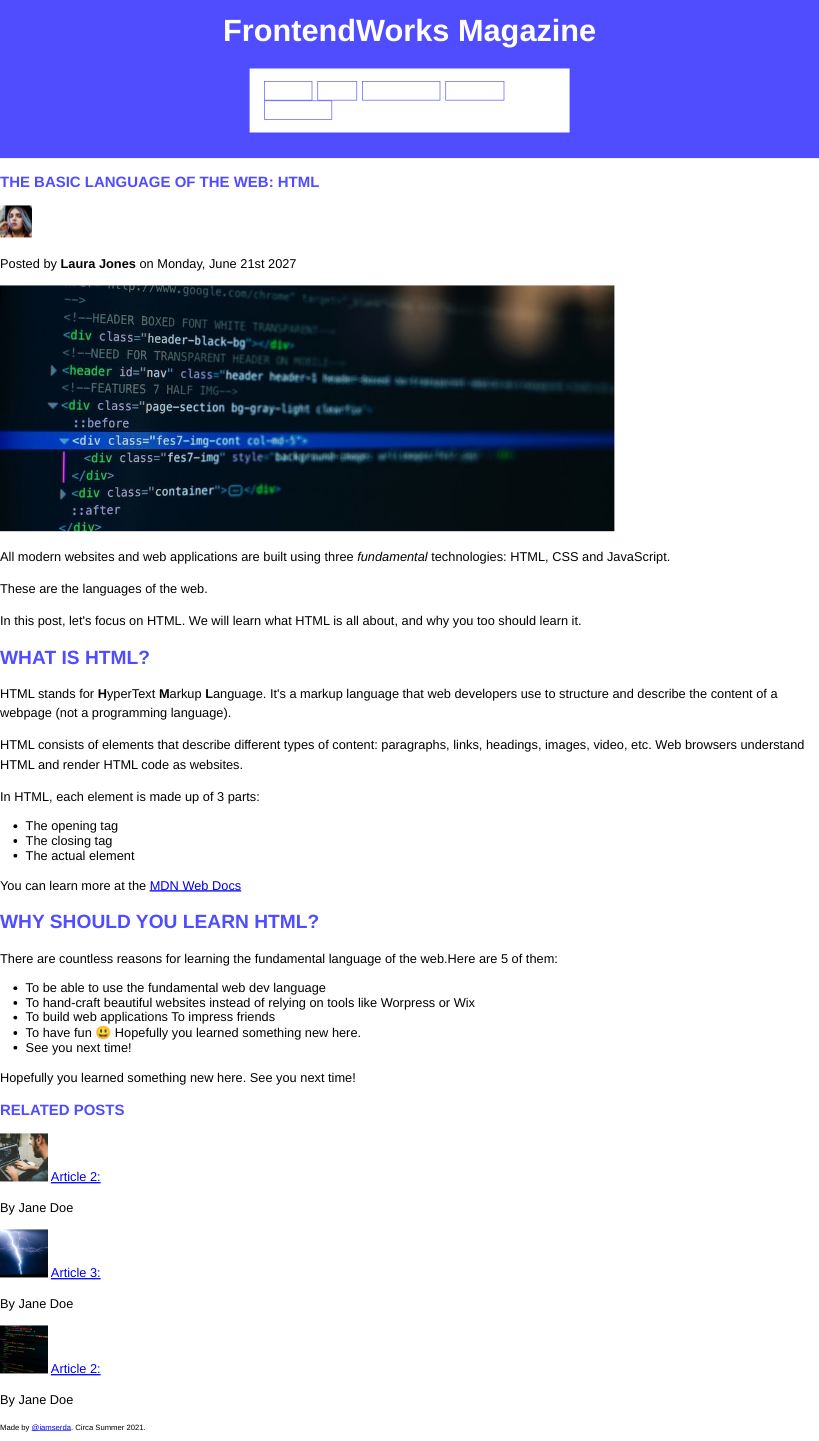
Repository: iamserda/html-css-course
Page: starter/02-HTML-Fundamentals/index.html
These files come from the project's save history. The page is drawn as it stood at one moment and after the next save; the edit follows.
The browser window is 1280 px wide. The pictures show the whole page, at 64% of full size.

Above is the page before, as saved 2021-07-17 15:48:45.

### starter/02-HTML-Fundamentals/index.html
<!DOCTYPE html>
<html lang="en">

<head>
    <meta charset="UTF-8" />
    <meta http-equiv="X-UA-Compatible" content="IE=edge" />
    <meta name="viewport" content="width=device-width, initial-scale=1.0" />
    <title>HTML Fundamentals by Laura Jones</title>
    <link href="index.css" rel="stylesheet" />
</head>

<body>
    <header>
        <h1 class="brandname">FrontendWorks Magazine</h1>
        <nav>
            <ul>
                <li><a href="index.html">Home</a></li>
                <li><a href="blog/">Blog</a></li>
                <li><a href="challenges/">Challenges</a></li>
                <li><a href="https://css-tricks.com/snippets/css/a-guide-to-flexbox/" target="_blank">Flexbox</a></li>
                <li><a href="https://css-tricks.com/snippets/css/complete-guide-grid/" target="_blank">CSS Grid</a></li>
            </ul>
        </nav>
    </header>
    <main>
        <section>
            <article>
                <header class="article-meta">
                    <h1 class="post-title">The Basic Language of the Web: HTML</h1>
                    <img class="author-pic" src="img/laura-jones.jpg" alt="photo of author laura jones" />
                    <p>Posted by <strong>Laura Jones</strong> on Monday, June 21st 2027</p>
                </header>
                <div class="article-content">
                    <img class="post-image" src="img/post-img.jpg" alt="displaying html code." />
                    <p> All modern websites and web applications are built using three
                        <em>fundamental</em> technologies: HTML, CSS and JavaScript.
                    </p>
                    <p>These are the languages of the web.</p>
                    <p>
                        In this post, let's focus on HTML. We will learn what HTML is all about, and why you too should
                        learn it.
                    </p>

                    <h2>What is HTML?</h2>

                    <p>
                        HTML stands for <b>H</b>yperText <b>M</b>arkup <b>L</b>anguage. It's a markup language that web
                        developers use to structure and describe the content of a webpage (not a programming language).
                    </p>

                    <p>
                        HTML consists of elements that describe different types of content: paragraphs, links, headings,
                        images, video, etc. Web browsers understand HTML and render HTML code as websites.
                    </p>

                    <p>In HTML, each element is made up of 3 parts:</p>
                    <ul>
                        <li>The opening tag</li>
                        <li>The closing tag</li>
                        <li>The actual element</li>
                    </ul>
                    <p>
                        You can learn more at the
                        <a href="https://developer.mozilla.org/en-US/" target="_blank">MDN Web Docs</a>
                    </p>
                    <h2>Why should you learn HTML?</h2>
                    <p>There are countless reasons for learning the fundamental language of the web.Here are 5 of them:
                    </p>
                    <ul>
                        <li>To be able to use the fundamental web dev language</li>
                        <li>To hand-craft beautiful websites instead of relying on tools like Worpress or Wix</li>
                        <li>To build web applications To impress friends</li>
                        <li>To have fun 😃 Hopefully you learned something new here.</li>
                        <li>See you next time!</li>
                    </ul>
                    <p>Hopefully you learned something new here. See you next time!</p>
                </div>
            </article>
        </section>
        <aside>
            <h3>Related Posts</h3>
            <div class="related">
                <img src="img/related-1.jpg" alt="a programmer writing code.">
                <a href="#article2">Article 2:</a>
                <p>By Jane Doe</p>
            </div>
            <div class="related">
                <img src="img/related-2.jpg" alt="a programmer writing code.">
                <a href="#article3">Article 3:</a>
                <p>By Jane Doe</p>
            </div>
            <div class="related">
                <img src="img/related-3.jpg" alt="a programmer writing code.">
                <a href="#article4">Article 2:</a>
                <p>By Jane Doe</p>
            </div>
        </aside>
    </main>
    <footer>
        <p>Made by <a href="https://twitter.com/iamserda">@iamserda</a>. Circa Summer 2021.</p>
    </footer>
</body>

</html>

### starter/02-HTML-Fundamentals/index.css
* {
    box-sizing: border-box;
}

html {
    font-size: 16px;
}

html,
body {
    margin: 0;
    padding: 0;
}

body {
    font-family: Helvetica, Arial, sans-serif;
    font-size: 1.25rem;
}

body>header {
    background-color: rgb(79, 77, 255);
    margin-top: 0;
    color: white;
    padding: 1em;
}

h1,
h2,
h3,
h4,
h5,
h6 {
    color: rgb(79, 77, 255);
    text-transform: uppercase;
}

.brandname {
    font-size: 3rem;
    text-transform: capitalize;
    text-align: center;
    margin-top: 0;
    color: white;
}

p {
    line-height: 1.5;
}

nav ul {
    width: 50%;
    max-width: 500px;
    margin-left: auto;
    margin-right: auto;
    background-color: white;
    padding: 1em;
}

nav li {
    list-style: none;
    border: 1px solid rgb(79, 77, 255);
    padding: 0.125em 0.5em;
    margin-left: 0.125em;
    display: inline-block;

}

nav a {
    display: block;
    text-decoration: none;
    color: inherit;
    width: 100%;
    height: auto;
}

nav li:hover {
    background-color: rgb(79, 77, 255);

}

nav li:hover a {
    color: white;
}

.related img {
    width: 100%;
    max-width: 75px;
}

.post-title {
    color: rgb(79, 77, 255);
}

.post-image {
    width: 100%;
    max-width: 960px;
    height: auto;
}

.author-pic {
    width: 100%;
    max-width: 50px;
    height: auto;
}

footer p {
    font-size: 0.75rem;
}

After the next save:
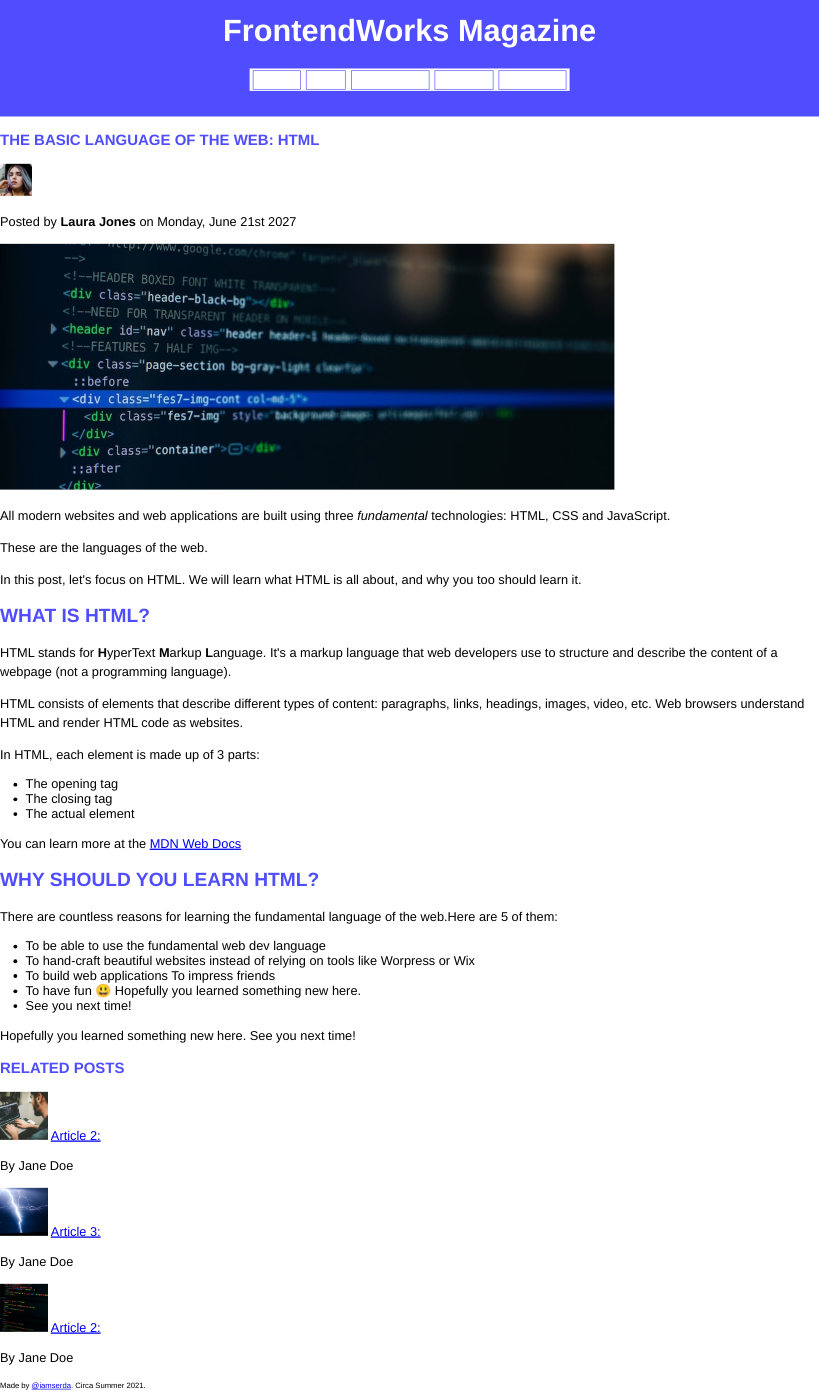
Saved 7 s later.
--- a/starter/02-HTML-Fundamentals/index.css
+++ b/starter/02-HTML-Fundamentals/index.css
@@ -52,7 +52,7 @@ nav ul {
     margin-left: auto;
     margin-right: auto;
     background-color: white;
-    padding: 1em;
+    padding: 0.125em;
 }
 
 nav li {
